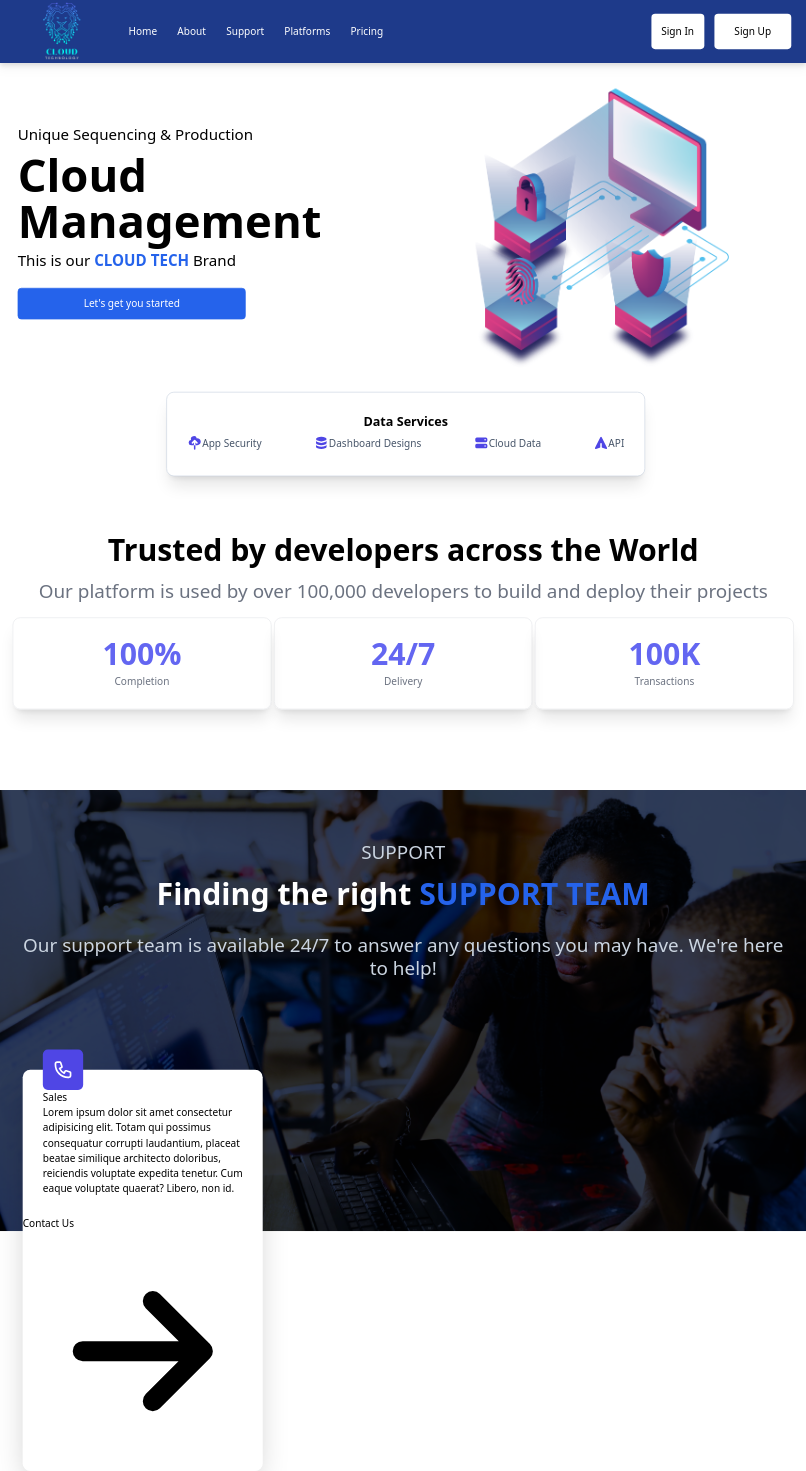
Repository: Esther-Kamau/cloud-management
Page: /
These files come from the project's save history. The page is drawn as it stood at one moment and after the next save; the edit follows.
The browser window is 1280 px wide. The pictures show the whole page, at 63% of full size.
The project was rebuilt for these pictures with package versions that can differ from the ones it lists, and the page was loaded fresh each time. A package was used in the major version that the imports need, not the one package.json lists.

Above is the page before, as saved 2023-03-16 20:04:55.

### public/index.html
<!DOCTYPE html>
<html lang="en">
  <head>
    <meta charset="utf-8" />
    <link rel="icon" href="%PUBLIC_URL%/Logo.png" />
    <meta name="viewport" content="width=device-width, initial-scale=1" />
    <meta name="theme-color" content="#000000" />
    <meta
      name="description"
      content="Web site created using create-react-app"
    />
    <link rel="apple-touch-icon" href="%PUBLIC_URL%/Logo.png" />
    <!--
      manifest.json provides metadata used when your web app is installed on a
      user's mobile device or desktop. See https://developers.google.com/web/fundamentals/web-app-manifest/
    -->
    <link rel="manifest" href="%PUBLIC_URL%/manifest.json" />
    <!--
      Notice the use of %PUBLIC_URL% in the tags above.
      It will be replaced with the URL of the `public` folder during the build.
      Only files inside the `public` folder can be referenced from the HTML.

      Unlike "/favicon.ico" or "favicon.ico", "%PUBLIC_URL%/favicon.ico" will
      work correctly both with client-side routing and a non-root public URL.
      Learn how to configure a non-root public URL by running `npm run build`.
    -->
    <title>Cloud Technology</title>
  </head>
  <body>
    <noscript>You need to enable JavaScript to run this app.</noscript>
    <div id="root"></div>
    <!--
      This HTML file is a template.
      If you open it directly in the browser, you will see an empty page.

      You can add webfonts, meta tags, or analytics to this file.
      The build step will place the bundled scripts into the <body> tag.

      To begin the development, run `npm start` or `yarn start`.
      To create a production bundle, use `npm run build` or `yarn build`.
    -->
  </body>
</html>

### src/index.css
@tailwind base;
@tailwind components;
@tailwind utilities;

@layer base{
    li{
      @apply p-4 text-white hover:text-slate-300
    }
    button {
        @apply p-4 text-white border bg-blue-600 border-blue-600
        hover:bg-transparent hover:text-black rounded-md
      }
}

### src/App.jsx
import Navbar from "./components/Navbar"
import Hero from "./components/Hero"
import About from "./components/About"
import Support from "./components/Support"

function App() {
  return (

    <>
  <Navbar/>
  <Hero/>
  <About/>
  <Support/>
    </>
  );
}

export default App;

### src/components/Navbar.jsx
import React, { useState } from "react";
import { MenuIcon, XIcon } from "@heroicons/react/outline";
import Logo from "../assets/Logo.png";

const Navbar = () => {
  const [nav, setNav] = useState(false);
  const handleClick = () => setNav(!nav);

  return (
    <div className="w-screen h-[100px] z-10 bg-blue-900 fixed drop-shadow-lg">
      <div className="px-2 flex justify-between items-center w-full h-full">
        <div className="flex items-center">
          <img className="h-[180px] w-[180px]" src={Logo} alt="Logoimg" />
          <ul className="hidden md:flex">
            <li>Home</li>
            <li>About</li>
            <li>Support</li>
            <li>Platforms</li>
            <li>Pricing</li>
          </ul>
        </div>
        <div className="hidden md:flex pr-4">
          <button className="border-none bg-white text-black mr-4 hover:text-white hover:bg-blue-300">
            Sign In
          </button>
          <button className="border-none bg-white text-black px-8 py-3 hover:text-white hover:bg-blue-300">
            Sign Up
          </button>
        </div>
        {/* toggle state */}
        <div className="md:hidden" onClick={handleClick}>
          {/* if the opposite of nav is true display this else xicon */}
          {!nav ? (
            <MenuIcon className="w-8 stroke-white" />
          ) : (
            <XIcon className="w-8 stroke-white" />
          )}
        </div>
      </div>
      {/* if nav is not true hide the menu if tru display the menu */}
      <ul className={!nav ? "hidden" : "absolute bg-blue-900 w-full px-8"}>
        <li className="border-b-2 border-blue-200 w-full">Home</li>
        <li className="border-b-2 border-blue-200 w-full">About</li>
        <li className="border-b-2 border-blue-200 w-full">Support</li>
        <li className="border-b-2 border-blue-200 w-full">Platforms</li>
        <li className="border-b-2 border-blue-200 w-full">Pricing</li>
        <div className="flex flex-col my-4">
          <button className=" bg-transparent text-white mb-4 hover:bg-white hover:text-black">Sign In</button>

          <button className="px-8 py-3">Sign Up</button>
        </div>
      </ul>
    </div>
  );
};

export default Navbar;

### src/components/Hero.jsx
import React from "react";
import {
  CloudUploadIcon,
  DatabaseIcon,
  PaperAirplaneIcon,
  ServerIcon,
} from "@heroicons/react/solid";

import bgImg from "../assets/cyber-bg.png";

const Hero = () => {
  return (
    <div className="w-full h-screen flex flex-col justify-between">
      <div className="grid md:grid-cols-2 max-w-[1240px] m-auto">
        <div className="flex flex-col justify-center md:items-start w-full px-2 py-3">
          <p className="text-2xl">Unique Sequencing & Production</p>
          <h1 className="py-3 text-5xl font-bold md:text-7xl">
            Cloud Management
          </h1>
          <p className="text-2xl mb-3">
            This is our{" "}
            <span className="text-blue-600 font-bold">CLOUD TECH</span> Brand
          </p>
          <button className="py-3 px-6 sm:w-[60%] my-4">
            Let's get you started
          </button>
        </div>
        <div>
          <img src={bgImg} alt="bg" className="w-full" />
        </div>
        {/* check on this later: absolute position */}
        <div
         className='absolute flex flex-col py-8 md:min-w-[760px] bottom-[-5%]
         mx-1 md:left-1/2 transform md:-translate-x-1/2 bg-white
         border border-slate-300 rounded-xl text-center shadow-xl'
        >
          <p className="text-xl font-semibold text-center">Data Services</p>
          <div className="flex flex-wrap justify-between px-4">
            <p className="flex px-4 py-2 text-slate-600"><CloudUploadIcon  className="h-6 text-indigo-600" /> App Security</p>
            <p className="flex px-4 py-2 text-slate-600"><DatabaseIcon className="h-6 text-indigo-600" /> Dashboard Designs</p>
            <p className="flex px-4 py-2 text-slate-600"><ServerIcon className="h-6 text-indigo-600"/> Cloud Data</p>
            <p className="flex px-4 py-2 text-slate-600"><PaperAirplaneIcon className="h-6 text-indigo-600"/> API</p>
          </div>
        </div>
      </div>
    </div>
  );
};

export default Hero;

### src/components/About.jsx
import React from "react";

const About = () => {
  return (
    <div className="w-full my-32">
      <div className="max-w-[1240px] mx-auto">
        <div className="text-center">
          <h2 className="text-5xl font-bold">
            Trusted by developers across the World
          </h2>
          <p className="text-3xl py-6 text-gray-500 font-medium">
            Our platform is used by over 100,000 developers to build and deploy
            their projects
          </p>
        </div>
<div className="grid md:grid-cols-3 gap-1 text-center">

        <div  className="border py-8 rounded-xl shadow-xl ">
          <p className="text-5xl text-indigo-500 font-bold">100%</p>
          <p className="text-gray-500 mt-2">Completion</p>
        </div>
        <div className="border py-8 rounded-xl shadow-xl ">
          <p className="text-5xl text-indigo-500 font-bold">24/7</p>
          <p className="text-gray-500 mt-2">Delivery</p>
        </div>
        <div className="border py-8 rounded-xl shadow-xl ">
          <p className="text-5xl text-indigo-500 font-bold">100K</p>
          <p className="text-gray-500 mt-2">Transactions</p>
        </div>
</div>
      </div>
    </div>
  );
};

export default About;

### src/components/Support.jsx
import React from "react";
import { PhoneIcon, ArrowSmRightIcon } from "@heroicons/react/outline";
import { ChipIcon, SupportIcon } from "@heroicons/react/solid";

import supportImg from "../assets/support.jpg";

const Support = () => {
  return (
    <div className="w-full h-screen mt-24">
      <div className="w-full h-[700px] bg-gray-900/90 absolute">
        <img
          src={supportImg}
          alt="/"
          className="w-full h-full object-cover mix-blend-overlay"
        />
      </div>
      <div className="max-w-[1240px] mx-auto text-white relative">
        <div className="px-4 py-12">
          <h2 className="pt-8 text-3xl uppercase text-center text-slate-300">Support</h2>
          <p className=" text-center text-5xl font-bold py-6 ">
            Finding the right
             <span className="text-blue-600"> SUPPORT TEAM</span>
          </p>
          <p className="text-3xl text-slate-300 py-4 text-center">
            Our support team is available 24/7 to answer any questions you may
            have. We're here to help!
          </p>
        </div>
        <div className="grid grid-cols-1 lg:grid-cols-3 relative gap-y-16 gap-x-8 px-4 pt-12 sm:pt-20 text-black">
          <div className="bg-white rounded-xl shadow-2xl">
            <div className="p-8">
              <PhoneIcon className="p-4 w-16 text-white bg-indigo-600 mt-[-4rem] rounded-lg"/>
              <h3 className="">Sales</h3>
              <p>
                Lorem ipsum dolor sit amet consectetur adipisicing elit. Totam
                qui possimus consequatur corrupti laudantium, placeat beatae
                similique architecto doloribus, reiciendis voluptate expedita
                tenetur. Cum eaque voluptate quaerat? Libero, non id.
              </p>
            </div>
            <div>
              <p>
                Contact Us <ArrowSmRightIcon />
              </p>
            </div>
          </div>
        </div>
      </div>
    </div>
  );
};

export default Support;

### tailwind.config.js
/** @type {import('tailwindcss').Config} */
module.exports = {
  content: ['./src/**/*.{js,jsx,ts,tsx}'],
  theme: {
    screens: {
      sm: '640px',
      // => @media (min-width: 640px) { ... }

      md: '768px',
      // => @media (min-width: 768px) { ... }

      lg: '1024px',
      // => @media (min-width: 1024px) { ... }

      xl: '1280px',
      // => @media (min-width: 1280px) { ... }

      '2xl': '1536px',
      // => @media (min-width: 1536px) { ... }
    },
  },
  plugins: [],
};

Loaded but not shown: src/index.js (common file)

After the next save:
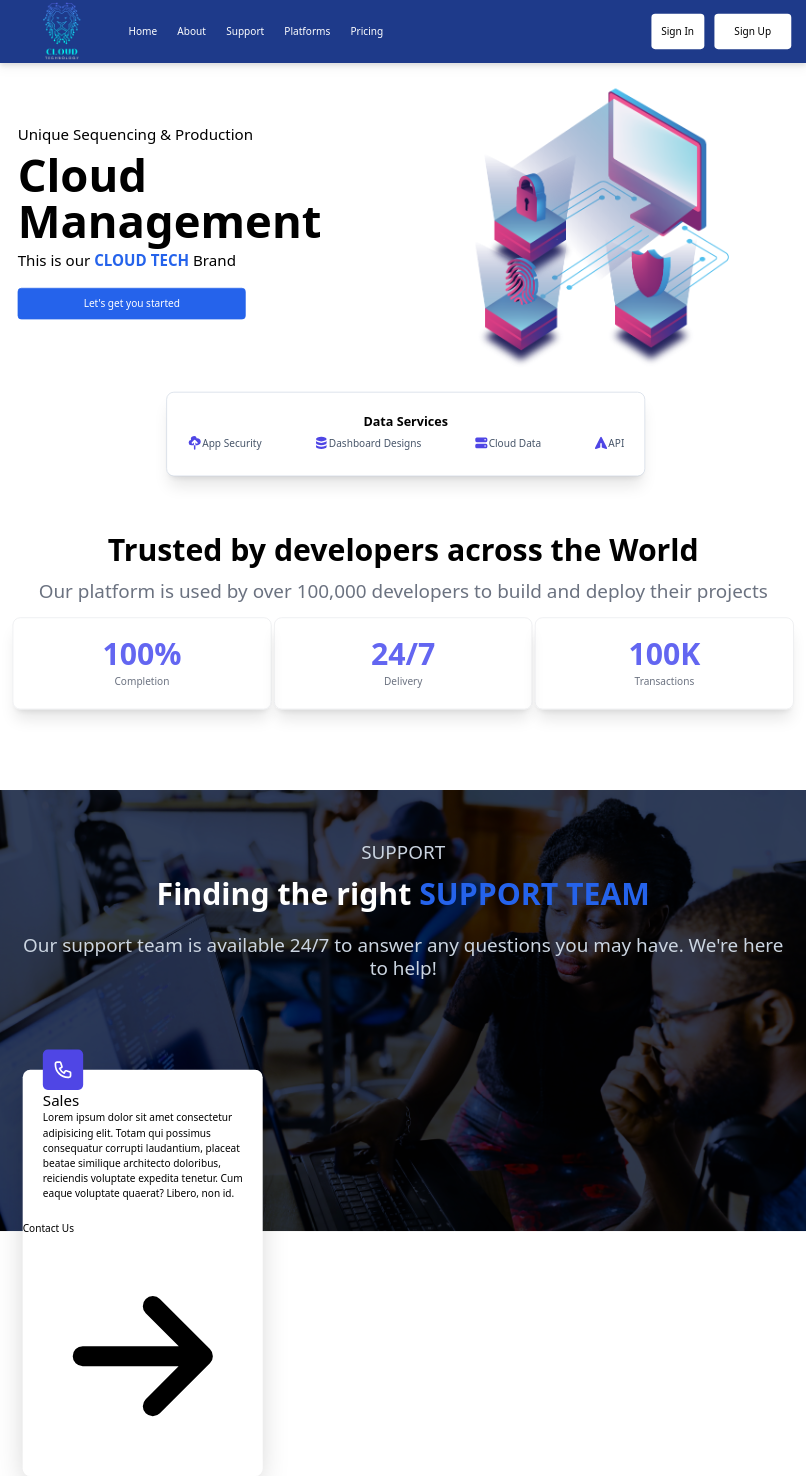
Saved 11 s later.
--- a/src/components/Support.jsx
+++ b/src/components/Support.jsx
@@ -30,7 +30,7 @@ const Support = () => {
           <div className="bg-white rounded-xl shadow-2xl">
             <div className="p-8">
               <PhoneIcon className="p-4 w-16 text-white bg-indigo-600 mt-[-4rem] rounded-lg"/>
-              <h3 className="">Sales</h3>
+              <h3 className="text-2xl ">Sales</h3>
               <p>
                 Lorem ipsum dolor sit amet consectetur adipisicing elit. Totam
                 qui possimus consequatur corrupti laudantium, placeat beatae
